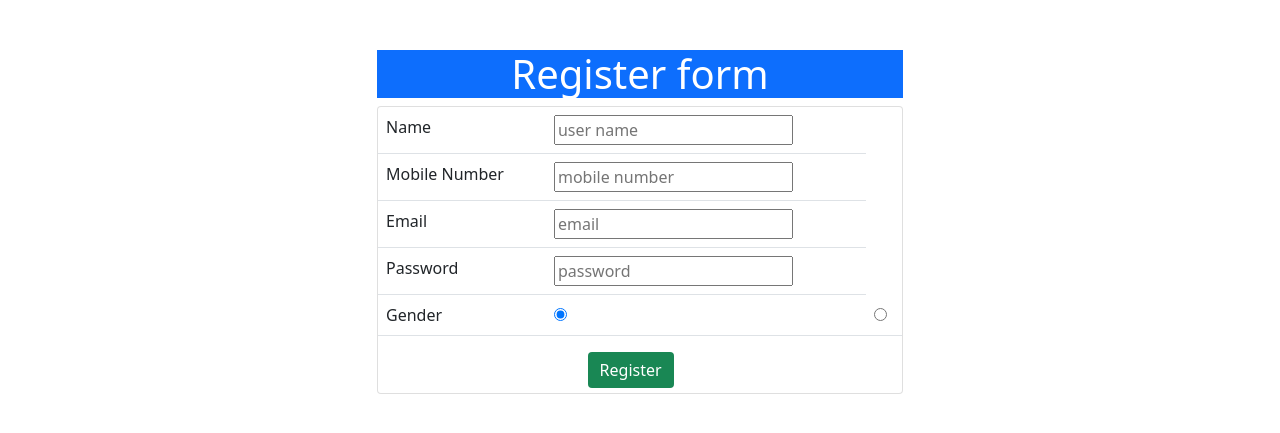
Repository: Hari-mani-don/JavaDynamicProjectWorkspace
Page: AddUpdateDelete/src/main/webapp/registerForm.html
The author's editor kept a copy of each file at every save. The page is drawn from the files as they stood at one save, then again after a run of saves.
The browser window is 1280 px wide. The pictures show the whole page.

Above is the page before, as saved 2024-05-11 19:09:15.

### AddUpdateDelete/src/main/webapp/registerForm.html
<!DOCTYPE html>
<html>
<head>
<meta charset="UTF-8">
<title>Registration Form</title>
<link rel="stylesheet" href="css/bootstrap.css" />
</head>
<body>
	<div class="container" style="width: 550px; margin-top: 50px">

		<h1 class="text-white bg-primary" style="text-align: center;">Register
			form</h1>
		<form action="RegisrationServlet" class="form card " method="post">

			<table class="table">
				<tr>
					<td>Name</td>
					<td><input type="text" id="uname" name="registerName"
						placeholder="user name"></td>
				</tr>
				<tr>
					<td>Mobile Number</td>
					<td><input type="number" id="mobilenumber"
						name="registerMobileNumber" placeholder="mobile number"></td>
				</tr>
				<tr>
					<td>Email</td>
					<td><input type="email" id="email" name="registerEmail"
						placeholder="email"></td>
				</tr>
				<tr>
					<td>Password</td>
					<td><input type="password" id="password"
						name="registerPassword" placeholder="password"></td>
				</tr>
				<tr>
					<td>Gender</td>
					<td><input type="radio" id="gender" name="registerGender" value="Male" checked="checked"></td>
					<td><input type="radio" id="gender" name="registerGender" value="Female"></td>
				</tr>

			</table>
			<div>
				<button class="bg-success text-white btn"
					style="border: none; margin-left: 40%; margin-bottom: 5px"
					type="submit">Register</button>
			</div>
		</form>
	</div>
</body>
</html>

Loaded but not shown: AddUpdateDelete/src/main/webapp/css/bootstrap.css (library)

After the next 2 saves:
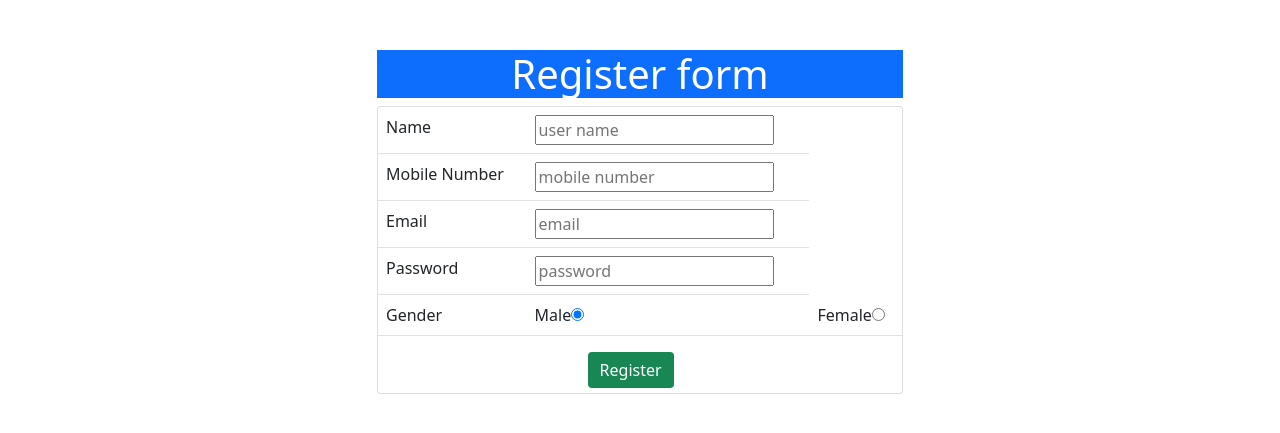
The 2 saves are shown as one change because they came seconds apart.
The last was saved 14 s later.
--- a/AddUpdateDelete/src/main/webapp/registerForm.html
+++ b/AddUpdateDelete/src/main/webapp/registerForm.html
@@ -35,8 +35,8 @@
 				</tr>
 				<tr>
 					<td>Gender</td>
-					<td><input type="radio" id="gender" name="registerGender" value="Male" checked="checked"></td>
-					<td><input type="radio" id="gender" name="registerGender" value="Female"></td>
+					<td>Male<input type="radio" id="gender" name="registerGender" value="Male" checked="checked"></td>
+					<td>Female<input type="radio" id="gender" name="registerGender" value="Female"></td>
 				</tr>
 
 			</table>
